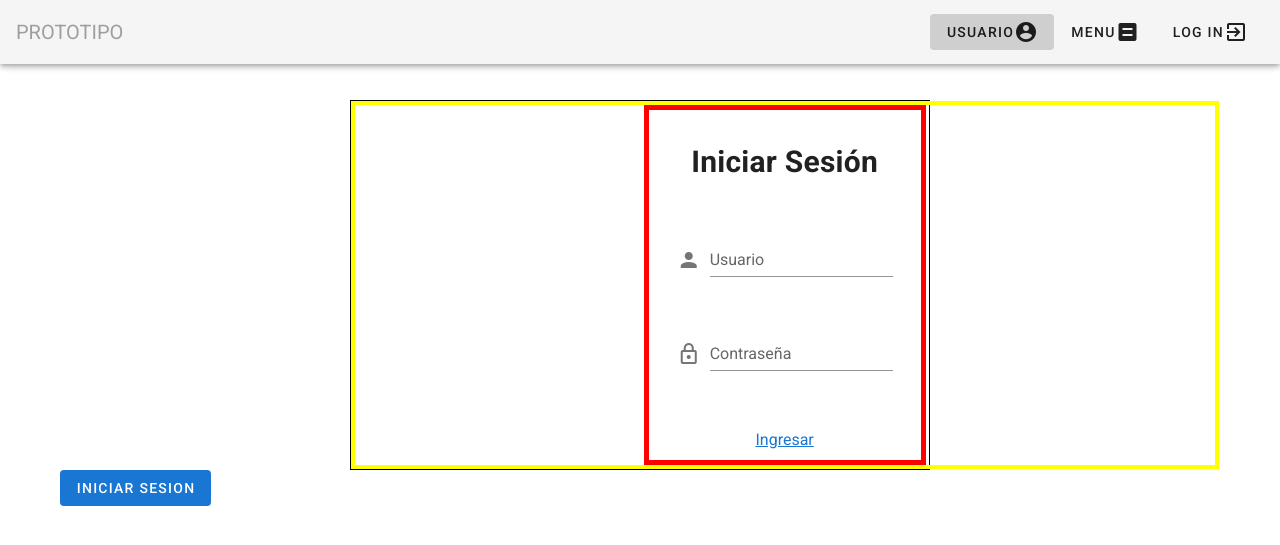
Repository: YojayDeHorta/Administrador-con-filtros
Page: /
The author's editor kept a copy of each file at every save. The page is drawn from the files as they stood at one save, then again after the next save.
The browser window is 1280 px wide. The pictures show the whole page.
The project was rebuilt for these pictures with package versions that can differ from the ones it lists, and the page was loaded fresh each time. Also part of the build but not shown: vue.config.js, src/components/Login.vue, src/views/Options.vue, src/components/Filtro.vue, src/components/CrudClientes.vue, src/views/Filter.vue.

Above is the page before, as saved 2021-09-25 16:58:34.

After the next save:
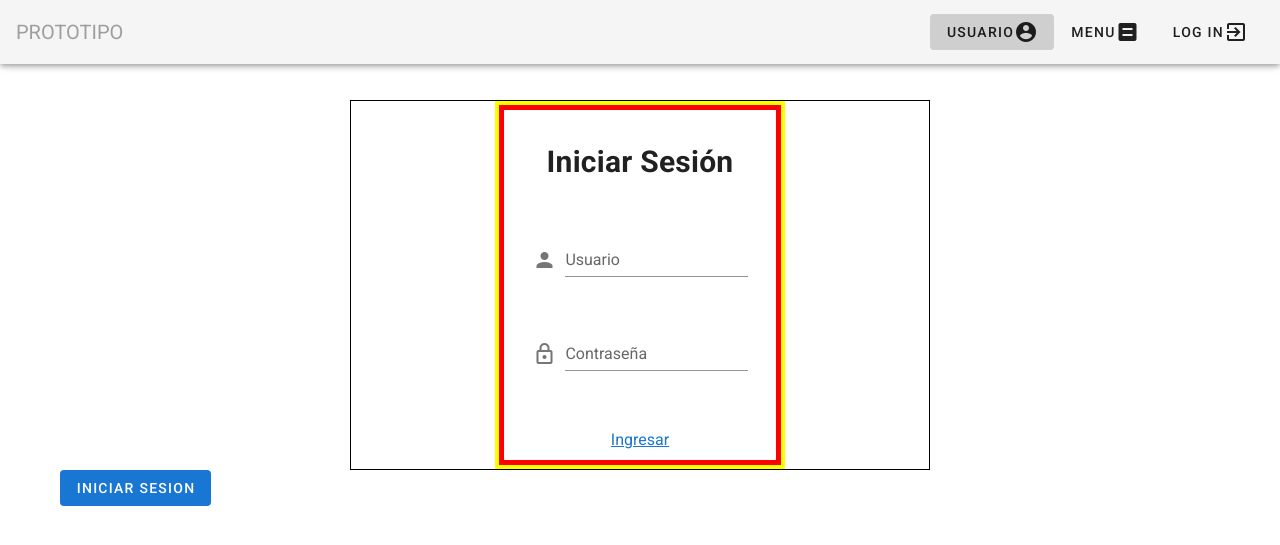
Saved 4 s later.
--- a/src/components/Tabs_Login.vue
+++ b/src/components/Tabs_Login.vue
@@ -69,7 +69,7 @@
 
 
     .Marco-Login {
-        width: 150%;
+        width: 50%;
         border: 4px solid yellow;
         margin: auto;
     }
